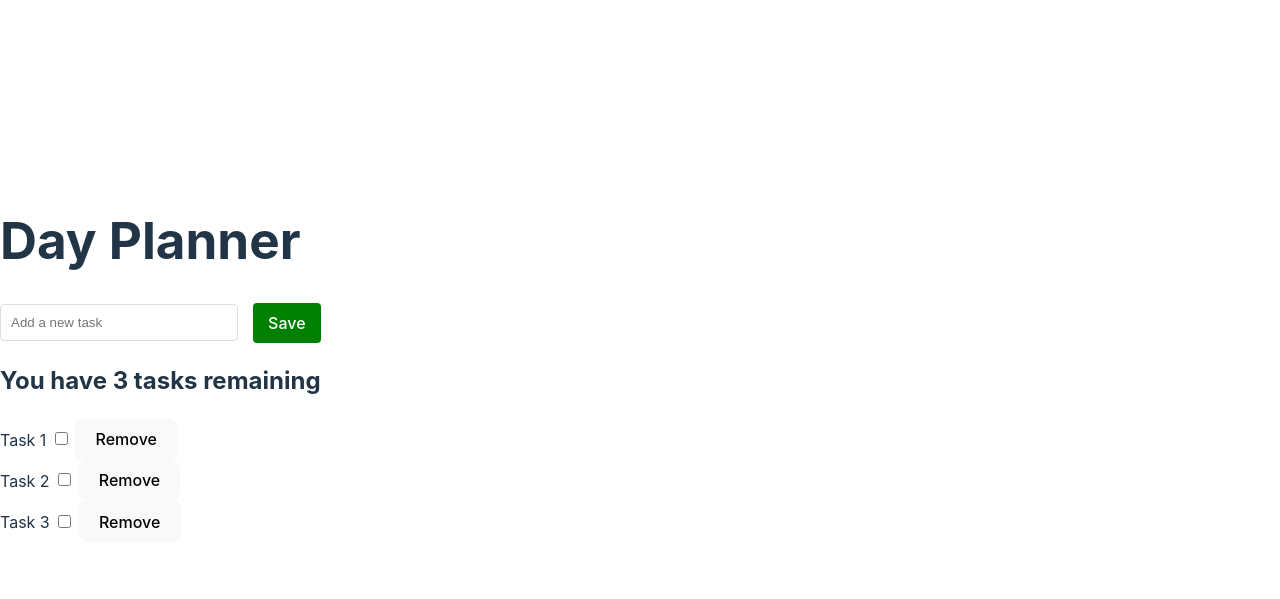
Repository: GavinPahal/Lab7
Page: /
An editor plug-in stored every save of this project. The page is shown before and after the next save, followed by the edit.
The browser window is 1280 px wide. The pictures show the whole page.
The project was rebuilt for these pictures with package versions that can differ from the ones it lists, and the page was loaded fresh each time. Also part of the build but not shown: vite.config.js.

Above is the page before, as saved 2024-10-27 12:43:00.

### src/App.jsx
import React, { useState } from 'react';
import Task from './components/Task';
import TaskForm from './components/TaskForm';
import './App.css';

function App() {
  const [tasks, setTasks] = useState([
    { text: 'Task 1', isCompleted: false },
    { text: 'Task 2', isCompleted: false },
    { text: 'Task 3', isCompleted: false },
  ]);  // Initial 3 tasks

  // Function to add a new task
  const addTask = (task) => {
    setTasks([...tasks, { text: task, isCompleted: false }]);
  };

  // Function to toggle task completion status
  const toggleTask = (index) => {
    const newTasks = [...tasks];
    newTasks[index].isCompleted = !newTasks[index].isCompleted;
    setTasks(newTasks);
  };

  // Function to delete a task
  const deleteTask = (index) => {
    const newTasks = tasks.filter((_, i) => i !== index);
    setTasks(newTasks);
  };

  // Get the count of pending tasks
  const pendingTasks = tasks.filter(task => !task.isCompleted).length;

  return (
    <div className="app">
      <h1>Day Planner</h1>

      {/* TaskForm is now between the heading and task count */}
      <TaskForm addTask={addTask} />

      <h2>You have {pendingTasks} tasks remaining</h2>

      <div className="task-list">
        {tasks.length > 0 && tasks.map((task, index) => (
          <Task
            key={index}
            index={index}
            task={task}
            toggleTask={toggleTask}
            deleteTask={deleteTask}
          />
        ))}
      </div>
    </div>
  );
}

export default App;

### src/components/Task.jsx
import React from 'react';

function Task({ task, index, toggleTask, deleteTask }) {
  return (
    <div className={`task ${task.isCompleted ? 'completed' : ''}`}>
      <span>{task.text}</span> {/* Task name */}
      <input
        type="checkbox"
        checked={task.isCompleted}
        onChange={() => toggleTask(index)}
      /> {/* Checkbox placed after task name */}
      <button onClick={() => deleteTask(index)}>Remove</button>
    </div>
  );
}

export default Task;

### src/components/TaskForm.jsx
import React, { useState } from 'react';

function TaskForm({ addTask }) {
  const [value, setValue] = useState('');

  const handleSubmit = (e) => {
    e.preventDefault();
    if (!value) return;
    addTask(value);
    setValue('');
  };

  return (
    <form onSubmit={handleSubmit} className="task-form">
      <input
        type="text"
        value={value}
        onChange={(e) => setValue(e.target.value)}
        placeholder="Add a new task"
      />
      <button type="submit">Save</button>  {/* Save button */}
    </form>
  );
}

export default TaskForm;

### src/App.css
.task-form {
  display: flex; /* Use flexbox for alignment */
  align-items: center; /* Center items vertically */
  margin-bottom: 20px; /* Space below the form */
}

.task-form input[type="text"] {
  flex: 1; /* Allow the input to take available space */
  padding: 10px; /* Same padding for consistency */
  margin-right: 15px; /* Increased space between input and button */
  border: 1px solid #ddd; /* Add border */
  border-radius: 4px; /* Rounded corners */
}

.task-form button {
  padding: 10px 15px; /* Adjust padding for button */
  background-color: green; /* Green background */
  color: white; /* White text */
  border: none; /* No border */
  cursor: pointer; /* Pointer cursor on hover */
  border-radius: 4px; /* Rounded corners */
}

.task-form button:hover {
  opacity: 0.8; /* Slightly dim when hovered */
}

Loaded but not shown: index.html (common file); src/main.jsx (common file); src/index.css (common file)

After the next save:
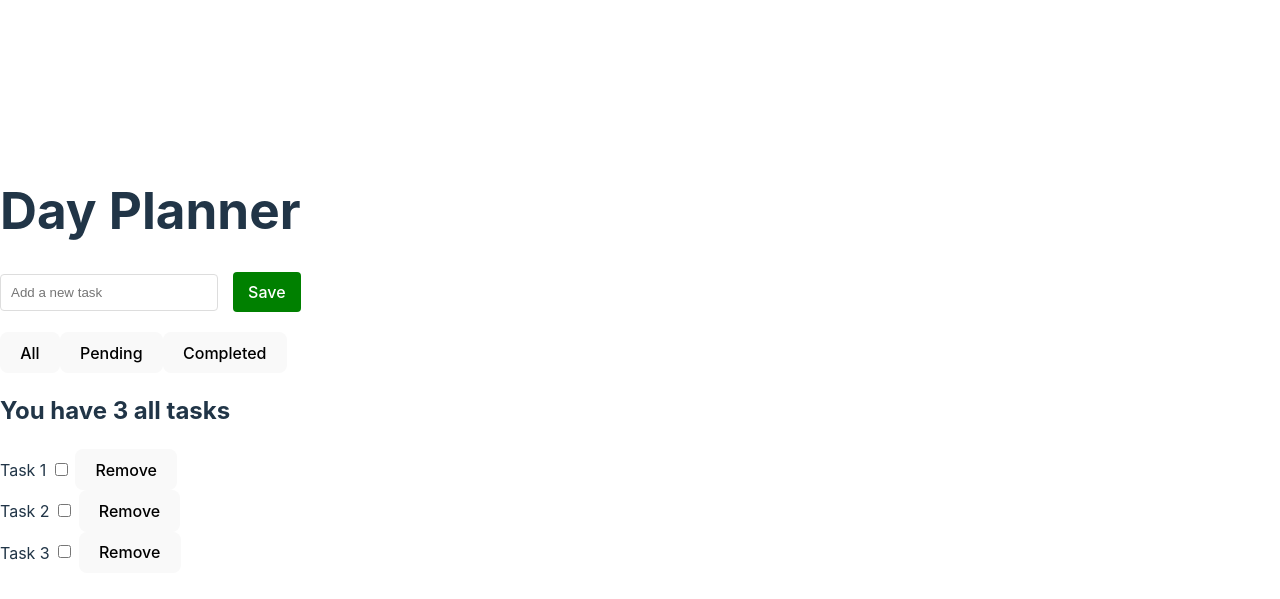
Saved 25 h 12 min later.
--- a/src/App.jsx
+++ b/src/App.jsx
@@ -8,40 +8,39 @@ function App() {
     { text: 'Task 1', isCompleted: false },
     { text: 'Task 2', isCompleted: false },
     { text: 'Task 3', isCompleted: false },
-  ]);  // Initial 3 tasks
+  ]);
+  const [filter, setFilter] = useState('all'); // New state for filter
 
-  // Function to add a new task
-  const addTask = (task) => {
-    setTasks([...tasks, { text: task, isCompleted: false }]);
+  const addTask = (task) => setTasks([...tasks, { text: task, isCompleted: false }]);
+
+  const toggleTask = (index) => {
+    setTasks((prevTasks) =>
+      prevTasks.map((task, i) => i === index ? { ...task, isCompleted: !task.isCompleted } : task)
+    );
   };
 
-  // Function to toggle task completion status
-  const toggleTask = (index) => {
-    const newTasks = [...tasks];
-    newTasks[index].isCompleted = !newTasks[index].isCompleted;
-    setTasks(newTasks);
-  };
+  const deleteTask = (index) => setTasks(tasks.filter((_, i) => i !== index));
 
-  // Function to delete a task
-  const deleteTask = (index) => {
-    const newTasks = tasks.filter((_, i) => i !== index);
-    setTasks(newTasks);
-  };
-
-  // Get the count of pending tasks
-  const pendingTasks = tasks.filter(task => !task.isCompleted).length;
+  const filteredTasks = tasks.filter(task => {
+    if (filter === 'pending') return !task.isCompleted;
+    if (filter === 'completed') return task.isCompleted;
+    return true; // 'all'
+  });
 
   return (
     <div className="app">
       <h1>Day Planner</h1>
-
-      {/* TaskForm is now between the heading and task count */}
       <TaskForm addTask={addTask} />
 
-      <h2>You have {pendingTasks} tasks remaining</h2>
+      <div className="filter-buttons">
+        <button onClick={() => setFilter('all')}>All</button>
+        <button onClick={() => setFilter('pending')}>Pending</button>
+        <button onClick={() => setFilter('completed')}>Completed</button>
+      </div>
 
+      <h2>You have {filteredTasks.length} {filter} tasks</h2>
       <div className="task-list">
-        {tasks.length > 0 && tasks.map((task, index) => (
+        {filteredTasks.map((task, index) => (
           <Task
             key={index}
             index={index}
